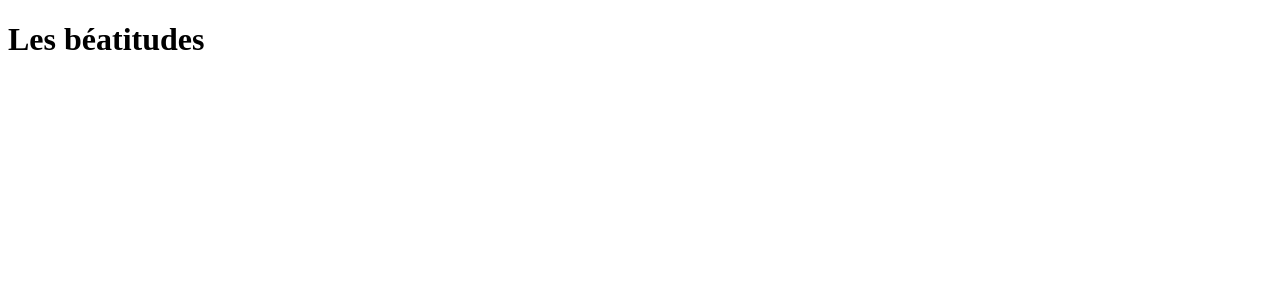
Repository: wendytoko/cours
Page: http://localhost/Test/cacahuete.jsp
These files come from the project's save history. The page is drawn as it stood at one moment and after the next save; the edit follows.
The browser window is 1280 px wide. The pictures show the whole page.
The page is served by Tomcat 9.

Above is the page before, as saved 2019-11-18 13:28:56.

After the next save:
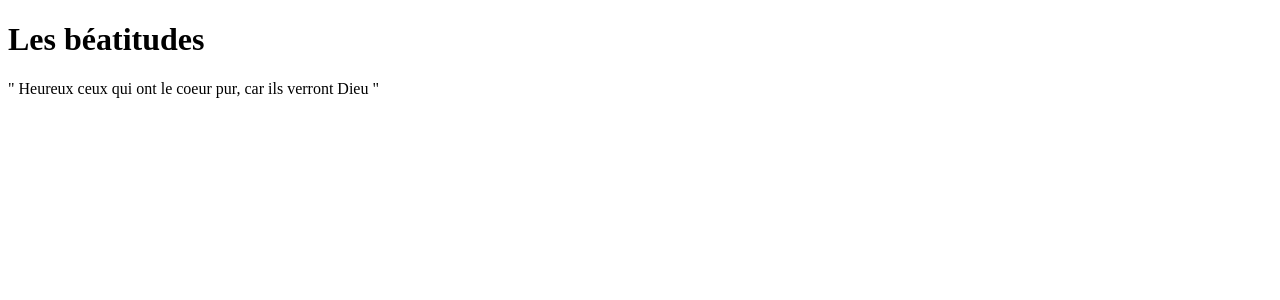
Saved 75 s later.
--- a/Cours Sarah/Test/WebContent/cacahuete.jsp
+++ b/Cours Sarah/Test/WebContent/cacahuete.jsp
@@ -10,5 +10,7 @@
 <body>
 <h1>Les béatitudes</h1>
 
+<p> " Heureux ceux qui ont le coeur pur, car ils verront Dieu "</p>
+
 </body>
 </html>
